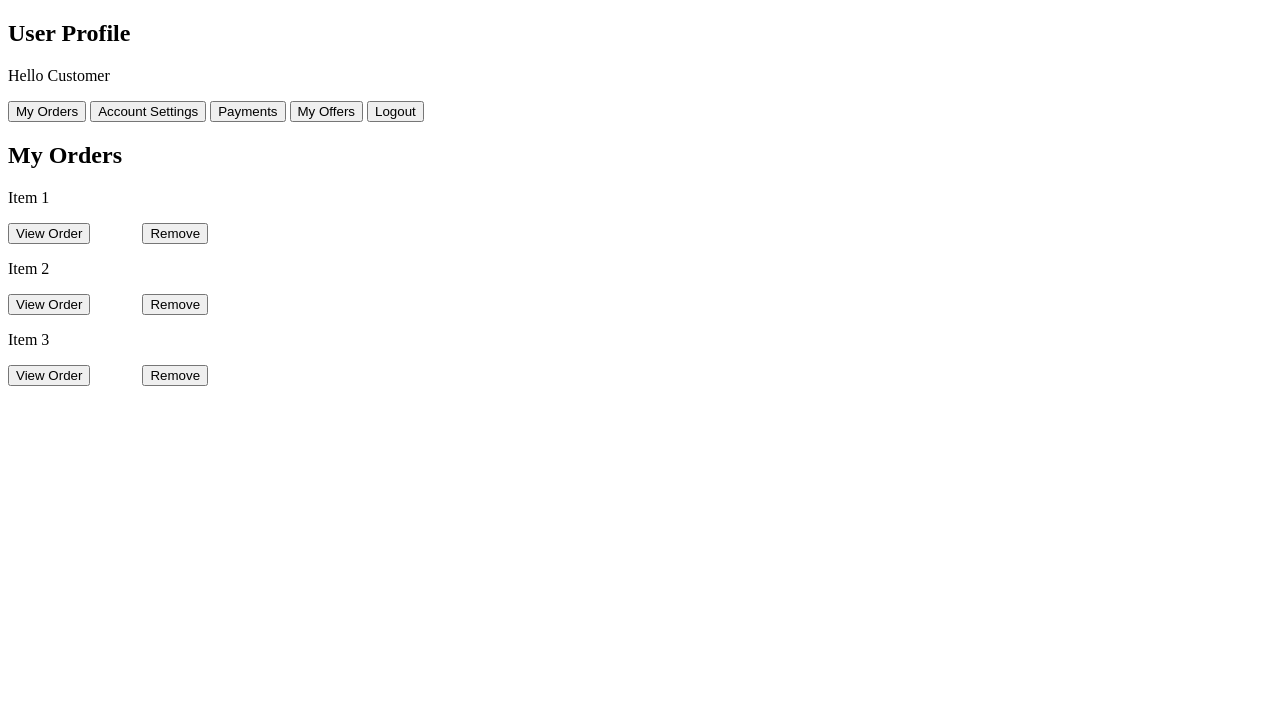
Repository: mihirhpanchal/Java-OnlineShopping
Page: http://localhost/Shop/WEB-INF/user.jsp
An editor plug-in stored every save of this project. The page is shown before and after the next save, followed by the edit.
The browser window is 1280 px wide. The pictures show the whole page.
The page is served by Tomcat 9. Nobody is signed in. Other server files are loaded and not shown. The template is opened directly, without the code that normally fills it, so the values that code supplies are empty.

Above is the page before, as saved 2019-11-19 11:51:01.
Console error: ReferenceError: evt is not defined

### Shop/src/main/webapp/WEB-INF/user.jsp
<%@ page language="java" contentType="text/html; charset=ISO-8859-1"
    pageEncoding="ISO-8859-1"%>
<!DOCTYPE html PUBLIC "-//W3C//DTD HTML 4.01 Transitional//EN" "http://www.w3.org/TR/html4/loose.dtd">
<html>
<head>
<meta http-equiv="Content-Type" content="text/html; charset=ISO-8859-1">
<link rel="stylesheet.css" ref="main.css">
</head>
<body>
<h2>User Profile</h2>
<p>Hello Customer</p>

<div class="tab">
  <button class="tablinks" onclick="openTab(event, 'My Orders')" id="defaultOpen">My Orders</button>
  <button class="tablinks" onclick="openTab(event, 'Account Settings')">Account Settings</button>
  <button class="tablinks" onclick="openTab(event, 'Payments')">Payments</button>
  <button class="tablinks" onclick="openTab(event, 'My Offers')">My Offers</button>
  <button class="tablinks" onclick="openTab(event, 'Logout')">Logout</button>
</div>

<div id="My Orders" class="tabcontent">
  <h2>My Orders</h2>
  <p>Item 1</p>
  <input type ="button" value="View Order">
  &nbsp; &nbsp; &nbsp; &nbsp; &nbsp; &nbsp;
  <input type ="button" value ="Remove">
  <br>
  <p> Item 2</p>
  <input type ="button" value="View Order">
  &nbsp; &nbsp; &nbsp; &nbsp; &nbsp; &nbsp;
  <input type ="button" value ="Remove">
  <br>
  <p> Item 3</p>
  <input type ="button" value="View Order">
  &nbsp; &nbsp; &nbsp; &nbsp; &nbsp; &nbsp;
  <input type ="button" value ="Remove">
</div>

<div id="Account Settings" class="tabcontent">

                <h1>Profile Information</h1>
                <h5> Click for info</h5>
                <input type ="button" value="info">
                <br>
                <h1> Manage Address</h1>
                <h5> Click for info</h5>
                <input type ="button" value="info">
                <br>


</div>

<div id="Payments" class="tabcontent">
  <h1> Wallets</h1>
  <h4> Click for info</h4>
  <input type ="button" value="info">
  <br>
  <h1>  Cards</h1>
  <h4> Click for info</h4>
  <input type ="button" value="info">

</div>

<div id="My Offers" class="tabcontent">

  <h1> Gift Cards</h1>
  <h4> Click for info</h4>
  <input type ="button" value="info">
  <br>
  <h1> Saved Coupons</h1>
  <h4> Click for info</h4>
  <input type ="button" value="info">

</div>

<div id="Logout" class="tabcontent">
            <h2> Logged Out Sucessfully</h2>
          </div>




<script>
function openTab(event, cityName) {
  var i, tabcontent, tablinks;
  tabcontent = document.getElementsByClassName("tabcontent");
  for (i = 0; i < tabcontent.length; i++) {
    tabcontent[i].style.display = "none";
  }
  tablinks = document.getElementsByClassName("tablinks");
  for (i = 0; i < tablinks.length; i++) {
    tablinks[i].className = tablinks[i].className.replace(" active", "");
  }
  document.getElementById(cityName).style.display = "block";
  evt.currentTarget.className += " active";
}

// Get the element with id="defaultOpen" and click on it
document.getElementById("defaultOpen").click();
</script>



</body>
</html>

### Shop/src/main/webapp/css/main.css
body {font-family: "Lato", sans-serif;}

/* Style the tab */
.tab {
  float: left;
  border: 1px solid #ccc;
  background-color: #f1f1f1;
  width: 30%;
  height: 300px;
}

/* Style the buttons inside the tab */
.tab button {
  display: block;
  background-color: inherit;
  color: black;
  padding: 22px 16px;
  width: 100%;
  border:none;
  outline: none;
  text-align: left;
  cursor: pointer;
  transition: 0.3s;
  font-size: 17px;
}

/* Change background color of buttons on hover */
.tab button:hover {
  background-color: #ddd;
}

/* Create an active/current "tab button" class */
.tab button.active {
  background-color: #ccc;
}

/* Style the tab content */
.tabcontent {
  float: left;
  padding: 0px 12px;
  border: 1px solid #ccc;
  width: 70%;
  border-left: none;
  height: 318px;
}
.dropdown {
              float: left;
              overflow: hidden;
            }

            .dropdown .dropbtn {
              font-size: 16px;
              border: none;
              outline: none;
              color: white;
              padding: 14px 16px;
              background-color: inherit;
              font-family: inherit;
              margin: 0;
            }

            .navbar a:hover, .dropdown:hover .dropbtn {
              background-color: red;
            }

            .dropdown-content {
              display: none;
              position: absolute;
              background-color: #f9f9f9;
              min-width: 160px;
              box-shadow: 0px 8px 16px 0px rgba(0,0,0,0.2);
              z-index: 1;
            }

            .dropdown-content a {
              float: none;
              color: black;
              padding: 12px 16px;
              text-decoration: none;
              display: block;
              text-align: left;
            }

            .dropdown-content a:hover {
              background-color: #ddd;
            }

            .dropdown:hover .dropdown-content {
              display: block;
            }

After the next save:
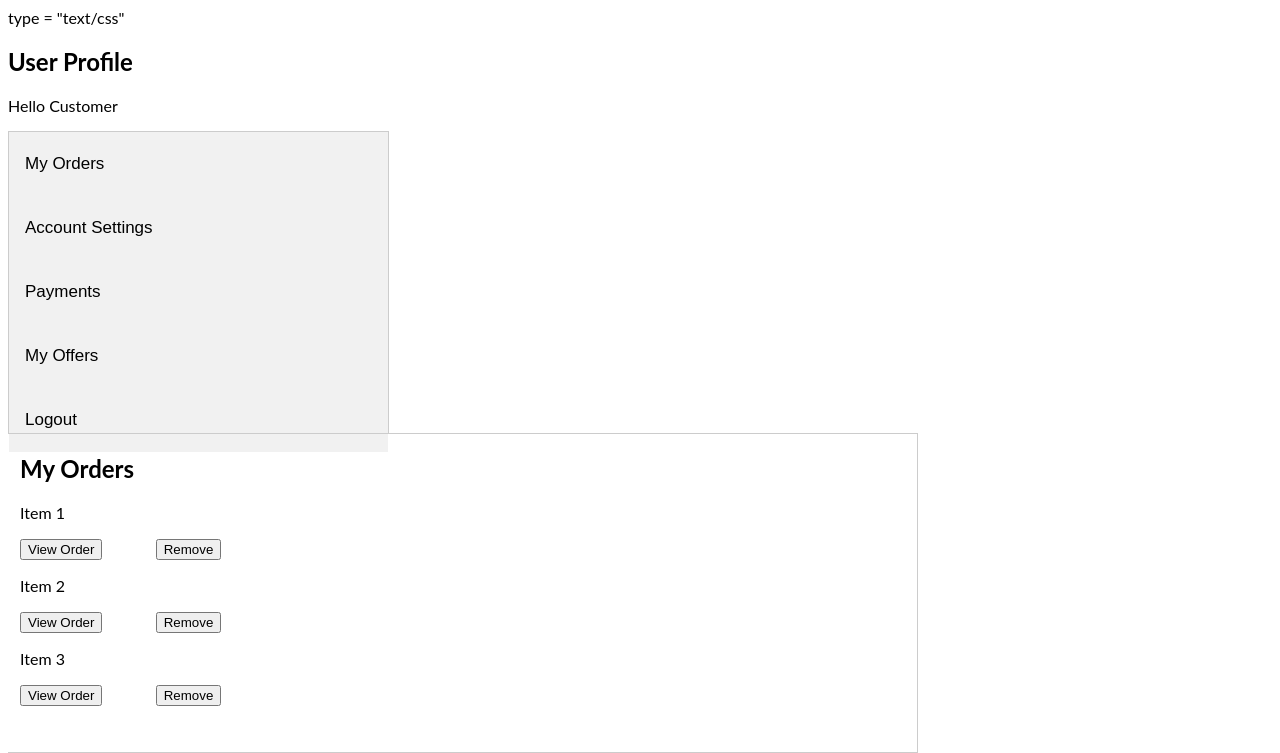
Saved 101 s later.
--- a/Shop/src/main/webapp/WEB-INF/user.jsp
+++ b/Shop/src/main/webapp/WEB-INF/user.jsp
@@ -4,7 +4,9 @@
 <html>
 <head>
 <meta http-equiv="Content-Type" content="text/html; charset=ISO-8859-1">
-<link rel="stylesheet.css" ref="main.css">
+<link rel = "stylesheet" type = "text/css" href = "main.css"/>
+
+  type = "text/css"
 </head>
 <body>
 <h2>User Profile</h2>
